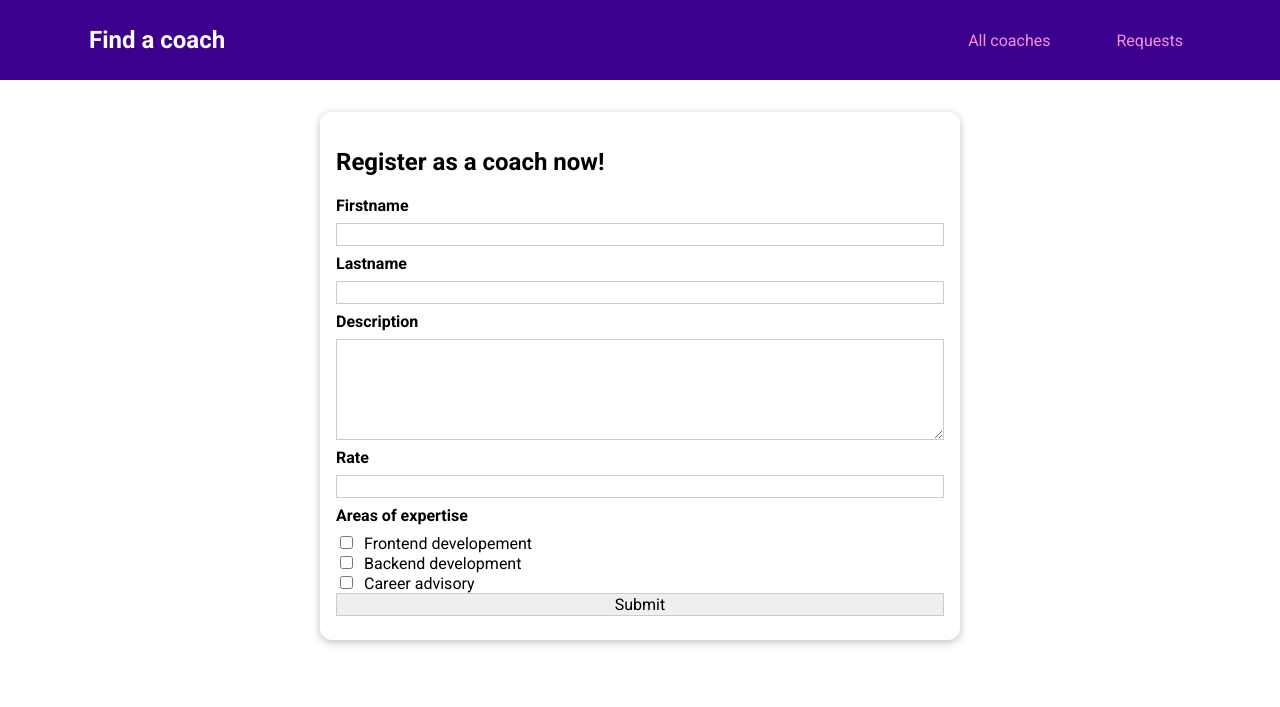
Repository: DaveBaulch/vue-course-find-a-coach
Page: /register
These files come from the project's save history. The page is drawn as it stood at one moment and after a run of saves; the edit follows.
The browser window is 1280 px wide. The pictures show the whole page.
The project was rebuilt for these pictures with package versions that can differ from the ones it lists, and the page was loaded fresh each time. Also part of the build but not shown: src/pages/coaches/CoachDetail.vue, src/components/coaches/CoachItem.vue, src/components/coaches/CoachFilter.vue, src/pages/coaches/CoachesList.vue, src/pages/requests/ContactCoach.vue, src/pages/requests/RequestsReceived.vue, src/components/ui/BaseBadge.vue. Imported but missing from the stored project, and not drawn on this page: src/pages/NotFound.vue.

Above is the page before, as saved 2021-01-24 09:47:55.

### src/main.js
import Vue from 'vue';
import App from './App.vue';
import router from './router';
import store from './store';
import BaseCard from './components/ui/BaseCard.vue';
import BaseButton from './components/ui/BaseButton.vue';
import BaseBadge from './components/ui/BaseBadge.vue';

Vue.config.productionTip = false;
Vue.component('base-card', BaseCard);
Vue.component('base-button', BaseButton);
Vue.component('base-badge', BaseBadge);

new Vue({
  router,
  store,
  render: (h) => h(App)
}).$mount('#app');

### src/App.vue
<template>
  <div id="app">
    <the-header />
    <router-view/>
  </div>
</template>

<script>
  import TheHeader from './components/layout/TheHeader.vue'

  export default {
    components: {
      TheHeader
    }
  }
</script>



<style>
@import url("https://fonts.googleapis.com/css2?family=Roboto:wght@400;700&display=swap");

* {
  box-sizing: border-box;
}

html {
  font-family: "Roboto", sans-serif;
}

body {
  margin: 0;
}

</style>

### src/router/index.js
import Vue from 'vue';
import VueRouter from 'vue-router';
import CoachDetail from '../pages/coaches/CoachDetail.vue';
import CoachesList from '../pages/coaches/CoachesList.vue';
import CoachRegistation from '../pages/coaches/CoachRegistration.vue';
import ContactCoach from '../pages/requests/ContactCoach.vue';
import RequestsReceived from '../pages/requests/RequestsReceived.vue';
import NotFound from '../pages/NotFound.vue';

Vue.use(VueRouter);

const routes = [
  {
    path: '/',
    redirect: '/coaches'
  },
  {
    path: '/coaches',
    component: CoachesList
  },
  {
    path: '/coaches/:id',
    component: CoachDetail,
    props: true,
    children: [
      { path: 'contact', component: ContactCoach } // /coaches/c1/contact
    ]
  },
  { path: '/register', component: CoachRegistation },
  { path: '/requests', component: RequestsReceived },
  { path: '/:notFound(.*)', component: NotFound }
];

const router = new VueRouter({
  mode: 'history',
  base: process.env.BASE_URL,
  routes
});

export default router;

### src/store/index.js
import Vue from 'vue'
import Vuex from 'vuex'
import coachesModule from './modules/coaches/index.js'

Vue.use(Vuex)

const store = new Vuex.Store({
  modules: {
    coaches: coachesModule
  }
})

export default store;

### src/components/layout/TheHeader.vue
<template>
<header>
  <nav>
    <h1><router-link to="/">Find a coach</router-link></h1>
    <ul>
      <li><router-link to="/coaches">All coaches</router-link></li>
      <li><router-link to="/requests">Requests</router-link></li>
    </ul>
  </nav>
</header>
</template>

<script>
export default {
}
</script>

<!-- Add "scoped" attribute to limit CSS to this component only -->
<style scoped>
header {
  width: 100%;
  height: 5rem;
  background-color: #3d008d;
  display: flex;
  justify-content: center;
  align-items: center;
}

header a {
  text-decoration: none;
  color: #f391e3;
  display: inline-block;
  padding: 0.75rem 1.5rem;
  border: 1px solid transparent;
}

a:active,
a:hover,
a.router-link-active {
  border: 1px solid #f391e3;
}

h1 {
  margin: 0;
}

h1 a {
  color: white;
  margin: 0;
}

h1 a:hover,
h1 a:active,
h1 a.router-link-active {
  border-color: transparent;
}

header nav {
  width: 90%;
  margin: auto;
  display: flex;
  justify-content: space-between;
  align-items: center;
}

header ul {
  list-style: none;
  margin: 0;
  padding: 0;
  display: flex;
  justify-content: center;
  align-items: center;
}

li {
  margin: 0 0.5rem;
}
</style>

### src/pages/coaches/CoachRegistration.vue
<template>
  <section>
    <base-card>
      <h2>Register as a coach now!</h2>
      <coach-form @save-data="saveData"></coach-form>
    </base-card>
  </section>
</template>

<script>
import CoachForm from '../../components/coaches/CoachForm.vue';

export default {
  components: {
    CoachForm
  },
  methods: {
    saveData(data) {
      this.$store.dispatch('coaches/registerCoach', data);
    }
  }
};
</script>

### src/store/modules/coaches/index.js
import mutations from './mutations.js'
import actions from './actions.js'
import getters from './getters.js'

export default {
  namespaced: true,
  state() {
    return {
      coaches: [
        {
          id: 'c1',
          firstName: 'Dave',
          lastName: 'Baulch',
          areas: ['frontend', 'backend', 'career'],
          description:
            "I'm dave and I've worked as a freelance web developer for years. Let me help you become a developer as well!",
          hourlyRate: 30
        },
        {
          id: 'c2',
          firstName: 'Julie',
          lastName: 'Jones',
          areas: ['frontend', 'career'],
          description:
            'I am Julie and as a senior developer in a big tech company, I can help you get your first job or progress in your current role.',
          hourlyRate: 30
        }
      ]
    }
  },
  mutations,
  actions,
  getters
}

### src/components/coaches/CoachForm.vue
<template>
  <form @submit.prevent="submitForm">
    <div class="form-control">
      <label for="firstname">Firstname</label>
      <input type="text" id="firstname" v-model.trim="firstname" />
    </div>

    <div class="form-control">
      <label for="lastname">Lastname</label>
      <input type="text" id="lastname" v-model.trim="lastname" />
    </div>

    <div class="form-control">
      <label for="description">Description</label>
      <textarea id="description" rows="5" v-model.trim="description"></textarea>
    </div>

    <div class="form-control">
      <label for="rate">Rate</label>
      <input type="number" id="rate" v-model.number="rate" />
    </div>

    <div class="form-control">
      <h3>Areas of expertise</h3>
      <div>
        <input type="checkbox" id="frontend" value="frontend" v-model="areas" />
        <label for="frontend">Frontend developement</label>
      </div>
      <div>
        <input type="checkbox" id="backend" value="backend" v-model="areas" />
        <label for="backend">Backend development</label>
      </div>
      <div>
        <input type="checkbox" id="career" value="career" v-model="areas" />
        <label for="career">Career advisory</label>
      </div>

      <!-- <base-button>Register</base-button> -->
      <input type="submit" />
    </div>
  </form>
</template>

<script>
export default {
  emit: ['save-data'],
  data() {
    return {
      firstname: '',
      lastname: '',
      description: '',
      rate: '',
      areas: []
    };
  },
  methods: {
    submitForm() {
      const formData = {
        first: this.firstname,
        last: this.lastname,
        desc: this.description,
        rate: this.rate,
        areas: this.areas
      };
      console.log(formData);
      this.$emit('save-data', formData);
    }
  }
};
</script>

<style scoped>
.form-control {
  margin: 0.5rem 0;
}

label {
  font-weight: bold;
  display: block;
  margin-bottom: 0.5rem;
}

input[type='checkbox'] + label {
  font-weight: normal;
  display: inline;
  margin: 0 0 0 0.5rem;
}

input,
textarea {
  display: block;
  width: 100%;
  border: 1px solid #ccc;
  font: inherit;
}

input:focus,
textarea:focus {
  background-color: #f0e6fd;
  outline: none;
  border-color: #3d008d;
}

input[type='checkbox'] {
  display: inline;
  width: auto;
  border: none;
}

input[type='checkbox']:focus {
  outline: #3d008d solid 1px;
}

h3 {
  margin: 0.5rem 0;
  font-size: 1rem;
}

.invalid label {
  color: red;
}

.invalid input,
.invalid textarea {
  border: 1px solid red;
}
</style>

### src/store/modules/coaches/mutations.js
export default {
  registerCoach(state, payload) {
    state.coaches.push(payload);
  }
};

### src/store/modules/coaches/actions.js
export default {
  registerCoach(context, data) {
    console.log(data);
    const coachData = {
      id: 'c3',
      firstName: data.first,
      lastName: data.last,
      description: data.desc,
      hourlyRate: data.rate,
      areas: data.areas
    };
    console.log(coachData);
    context.commit('registerCoach', coachData);
  }
};

### src/store/modules/coaches/getters.js
export default {
  coaches(state) {
    return state.coaches;
  },
  hasCoaches(state) {
    return state.coaches && state.coaches.length > 0;
  }
}

### src/components/ui/BaseButton.vue
<template>
  <button v-if="!link" :class="mode">
    <slot></slot>
  </button>
  <router-link v-else :to="to" :class="mode">
    <slot></slot>
  </router-link>
</template>

<script>
export default {
  props: {
    mode: {
      type: String,
      required: false,
      default: null
    },
    link: {
      type: Boolean,
      required: false,
      default: false
    },
    to: {
      type: String,
      required: false,
      default: false
    }
  }
};
</script>

<style scoped>
button,
a {
  text-decoration: none;
  padding: 0.75rem 1.5rem;
  font: inherit;
  background-color: #3a0061;
  border: 1px solid #3a0061;
  color: white;
  cursor: pointer;
  border-radius: 30px;
  margin-right: 0.5rem;
  display: inline-block;
}

a:hover,
a:active,
button:hover,
button:active {
  background-color: #270041;
  border-color: #270041;
}

.flat {
  background-color: transparent;
  color: #3a0061;
  border: none;
}

.outline {
  background-color: transparent;
  border-color: #270041;
  color: #270041;
}

.flat:hover,
.flat:active,
.outline:hover,
.outline:active {
  background-color: #edd2ff;
}
</style>

Loaded but not shown: public/index.html (common file); src/components/ui/BaseCard.vue (common file)

After the next 2 saves:
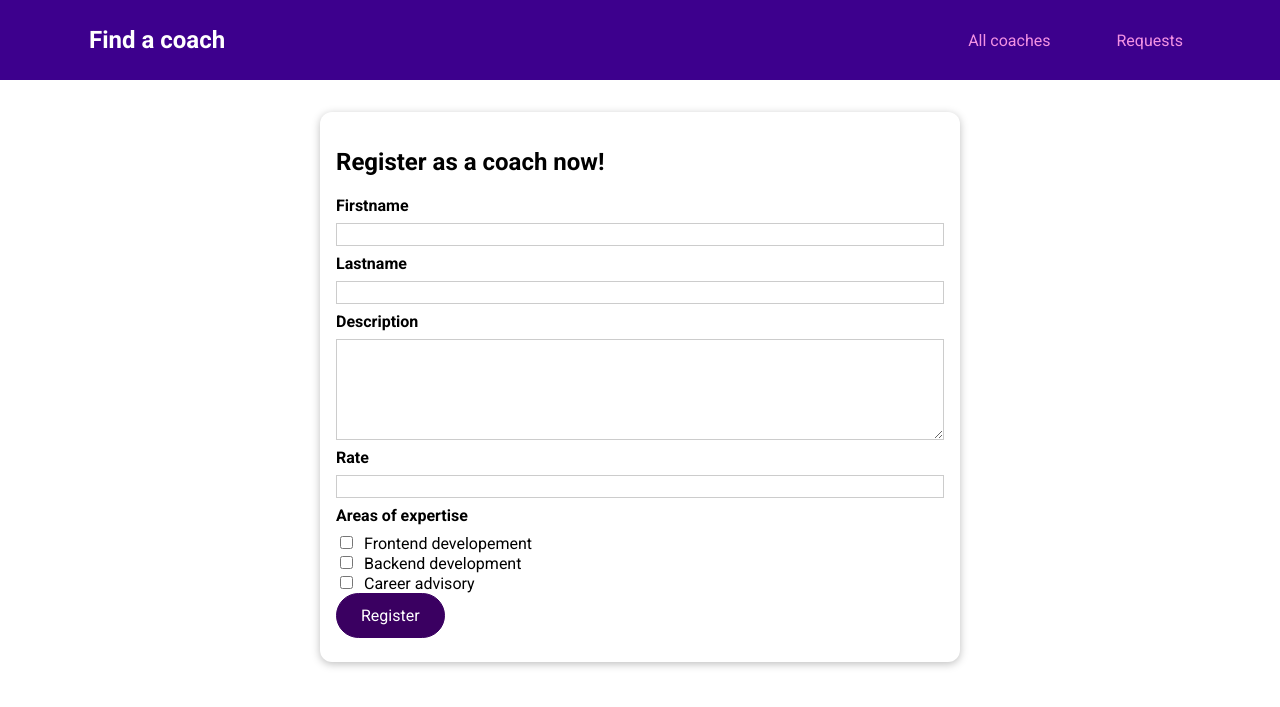
The 2 saves are shown as one change because they came seconds apart.
The last was saved 30 s later.
--- a/src/components/coaches/CoachForm.vue
+++ b/src/components/coaches/CoachForm.vue
@@ -35,8 +35,7 @@
         <label for="career">Career advisory</label>
       </div>
 
-      <!-- <base-button>Register</base-button> -->
-      <input type="submit" />
+      <base-button>Register</base-button>
     </div>
   </form>
 </template>
